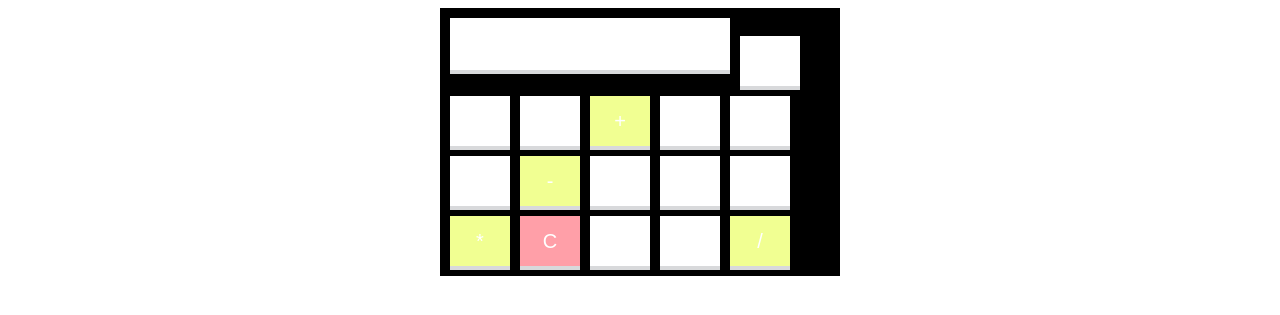
Repository: Drumstrum88/LAB-calculator
Page: index.html
These files come from the project's save history. The page is drawn as it stood at one moment and after a run of saves; the edit follows.
The browser window is 1280 px wide. The pictures show the whole page.

Above is the page before, as saved 2023-04-15 15:34:32.

### index.html
<!DOCTYPE html>
<html lang="en">
<head>
  <meta charset="UTF-8">
  <meta http-equiv="X-UA-Compatible" content="IE=edge">
  <meta name="viewport" content="width=device-width, initial-scale=1.0">
  <title>Calculator</title>
  <link rel="stylesheet" href="main.css">
</head>
<body>
  <div class="center-div">
  <input type="text" name="input" size="16" id="answer"><br>
  <input type="button" name="one" value="1" onclick="calc.input.value += '1'">
            <input type="button" name="two" value="2" onclick="calc.input.value += '2'">
            <input type="button" name="three" value="3" onclick="calc.input.value += '3'">
            <input type="button" class="operator" name="plus" value="+" onclick="calc.input.value += '+'">
            <br>
            <input type="button" name="four" value="4" onclick="calc.input.value += '4'">
            <input type="button" name="five" value="5" onclick="calc.input.value += '5'">
            <input type="button" name="six" value="6" onclick="calc.input.value += '6'">
            <input type="button" class="operator" name="minus" value="-" onclick="calc.input.value += '-'">
             <br>
             <input type="button" name="seven" value="7" onclick="calc.input.value += '7'">
             <input type="button" name="eight" value="8" onclick="calc.input.value += '8'">
             <input type="button" name="nine" value="9" onclick="calc.input.value += '9'">
             <input type="button" class="operator" name="times" value="*" onclick="calc.input.value += '*'">
             <br>
             <input type="button" id="clear" name="clear" value=" C " onclick="calc.input.value=''">
             <input type="button" name="zero" value="0" onclick="clac.input.value +='0'">
             <input type="button" name="doit" value=" = " onclick="calc.input.value=eval(calc.input.value)">
             <input type="button" class="operator" name="div" value="/" onclick="calc.input.value += '/'">
            </div>
  </body>
</html>

### main.css
body {
  display: flex;
  justify-content: center;
  align-items: center;
}
.center-div {
  width: 400px;
  background-color: black;

}

input {
  outline: 0;
  position: relative;
  left: 5px;
  top: 5px;
  border: 0;
  color:white;
  background-color: white;
  width: 60px;
  height: 50px;
  float: left;
  margin: 5px;
  padding: 1px 5px;
  font-size: 20px;
  box-shadow: 0 4px #d8d9db;
}

.operator{
  background-color: #f1ff92;
  position: relative;
}


#clear{
  float: left;
  position: relative;
  display: block;
  background-color: #ff9fa8;
  margin-bottom: 15px;
}

#answer{
  width: 270px;
  font-size: 26px;
  text-align: center;
  background-color: white;
  padding: 1px 5px;
  float: left;
}
/* answer hover effect */
#answer:hover{
  width: 270px;
  font-size: 26px;
  text-align: center;
  box-shadow: 0 4px rgba(0,0,0,0.2);
  background-color: #ebebeb;
}

input:hover{
  border: 0 solid #000;
  color: #495069;
  background-color: #8f5fda;
  border-radius: 4px;
  width: 60px;
  height: 50px;
  float: left;
  margin: 5px;
  font-size: 20px;
  box-shadow: 0 4px #644294;
}
/* hover */
.operator:hover{
  background-color: #e7f56b;
  box-shadow: 0 4px #b7c259;
}
/* hover */
#clear:hover{
  float: left;
  display: block;
  background-color: #f297a0;
  margin-bottom: 15px;
  box-shadow: 0 4px #cc7f86;
}

*button {
  padding: 1px 5px;
}

After the next 2 saves:
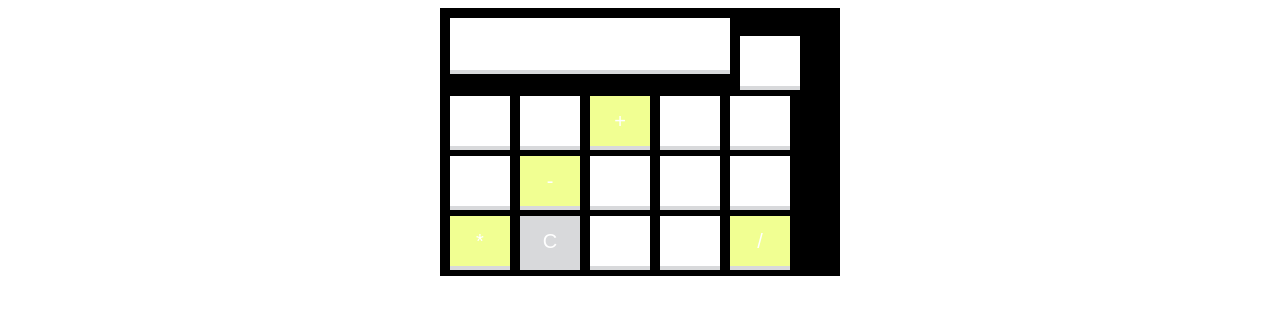
The 2 saves are shown as one change because they came seconds apart.
The last was saved 28 s later.
--- a/main.css
+++ b/main.css
@@ -36,7 +36,7 @@ input {
   float: left;
   position: relative;
   display: block;
-  background-color: #ff9fa8;
+  background-color:#d8d9db;
   margin-bottom: 15px;
 }
 
